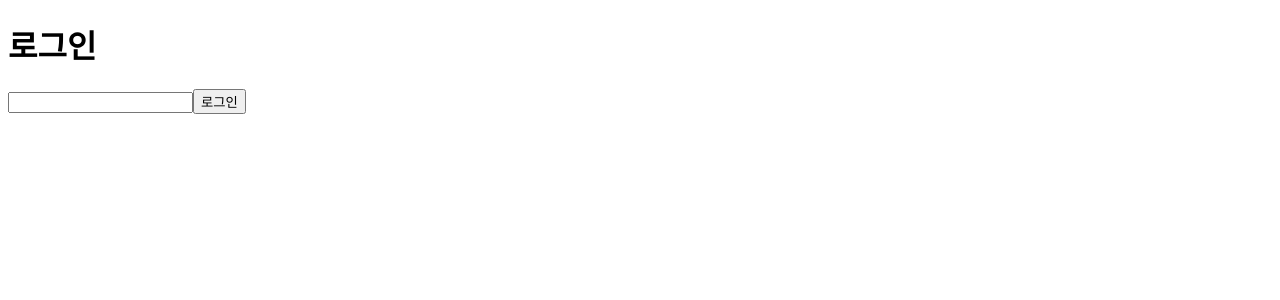
Repository: nijooymik/smartfactory
Page: http://localhost/t0720/login.jsp
The author's editor kept a copy of each file at every save. The page is drawn from the files as they stood at one save, then again after the next save.
The browser window is 1280 px wide. The pictures show the whole page.
The page is served by Tomcat 9.

Above is the page before, as saved 2022-07-20 07:03:43.

### jsp/t0720/src/main/webapp/login.jsp
<%@ page language="java" contentType="text/html; charset=EUC-KR"
    pageEncoding="EUC-KR"%>
<!DOCTYPE html>
<html>
<head>
<meta charset="EUC-KR">
<title>login</title>
</head>
<body>
<h1>로그인</h1>
<input type="text" name="login"><input type="submit" value="로그인">
</body>
</html>

After the next save:
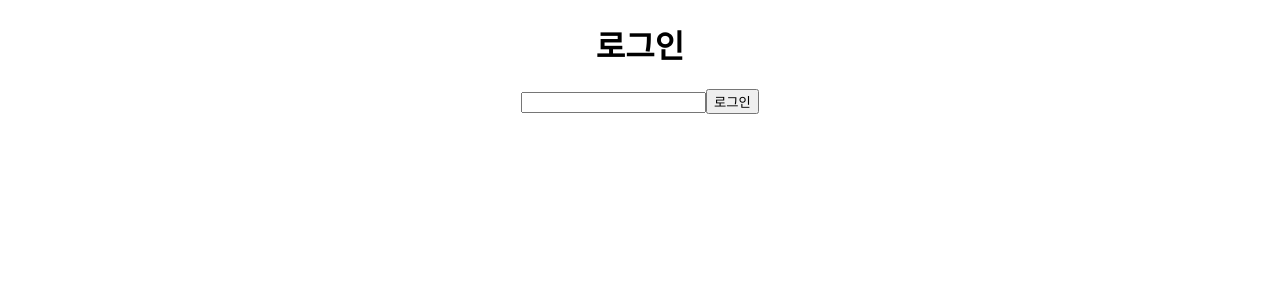
Saved 18 s later.
--- a/jsp/t0720/src/main/webapp/login.jsp
+++ b/jsp/t0720/src/main/webapp/login.jsp
@@ -1,5 +1,5 @@
 <%@ page language="java" contentType="text/html; charset=EUC-KR"
-    pageEncoding="EUC-KR"%>
+	pageEncoding="EUC-KR"%>
 <!DOCTYPE html>
 <html>
 <head>
@@ -7,7 +7,10 @@
 <title>login</title>
 </head>
 <body>
-<h1>로그인</h1>
-<input type="text" name="login"><input type="submit" value="로그인">
+	<center>
+		<h1>로그인</h1>
+		<input type="text" name="login"><input type="submit"
+			value="로그인">
+	</center>
 </body>
 </html>
